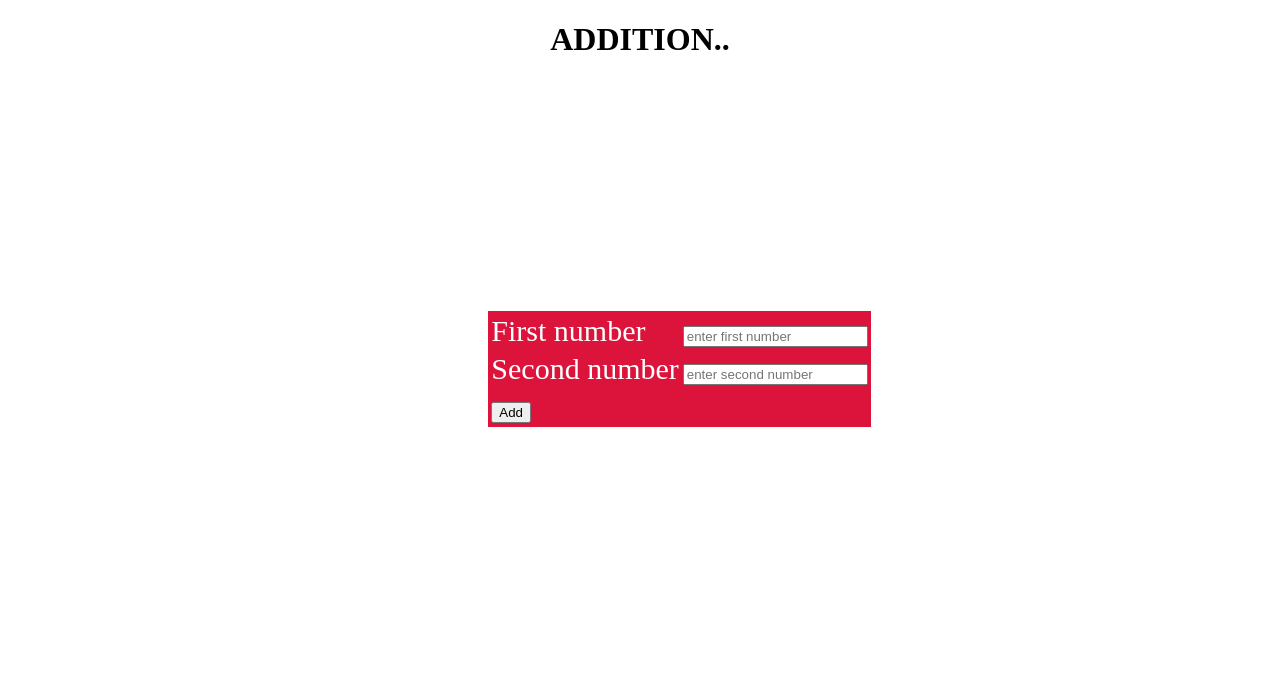
Repository: vima107/JDBC-CRUD-OPERATIONS
Page: addition/src/main/webapp/index.html
An editor plug-in stored every save of this project. The page is shown before and after the next save, followed by the edit.
The browser window is 1280 px wide. The pictures show the whole page.

Above is the page before, as saved 2024-10-09 10:49:09.

After the next save:
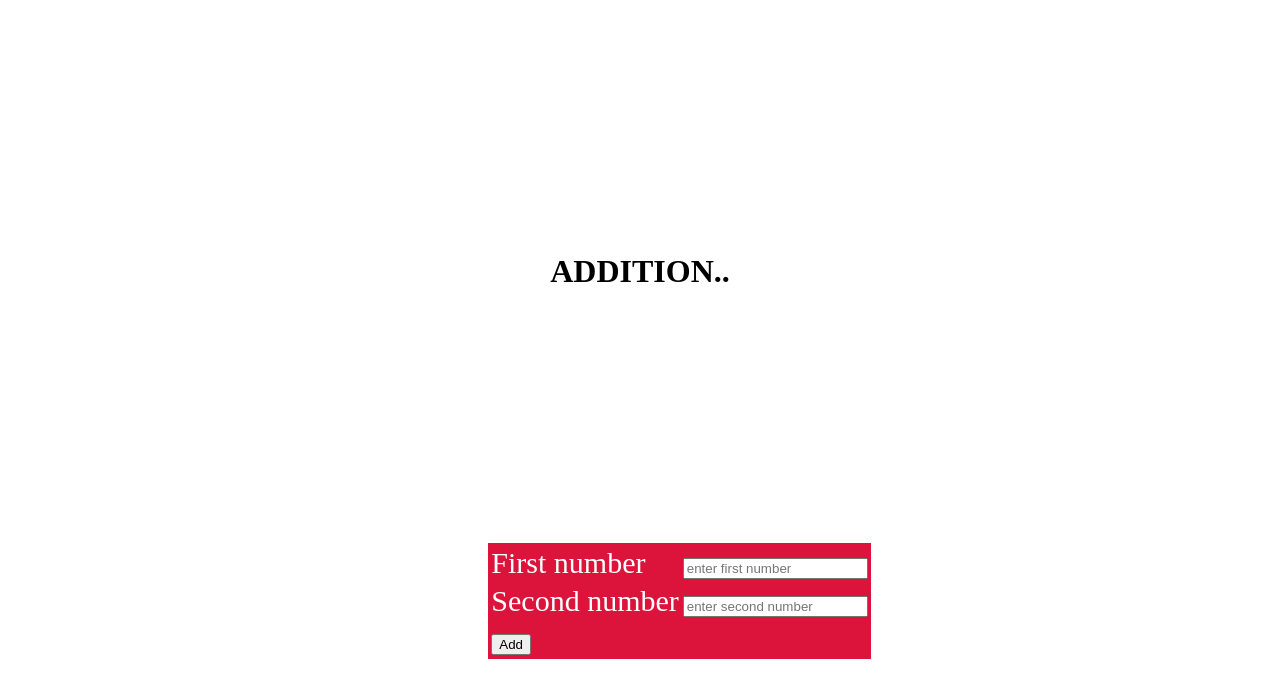
Saved 31 s later.
--- a/addition/src/main/webapp/index.html
+++ b/addition/src/main/webapp/index.html
@@ -5,7 +5,7 @@
 <title>Insert title here</title>
 </head>
 <body>
-	<h1><center>ADDITION..</center></h1>
+	<h1 style="margin-top:20%"><center>ADDITION..</center></h1>
 	<table style="margin-left:38%;margin-top:20%;background-color:crimson; font-size:30px;color:white">
 	<form action="/addition/Add">
 		<tr>
